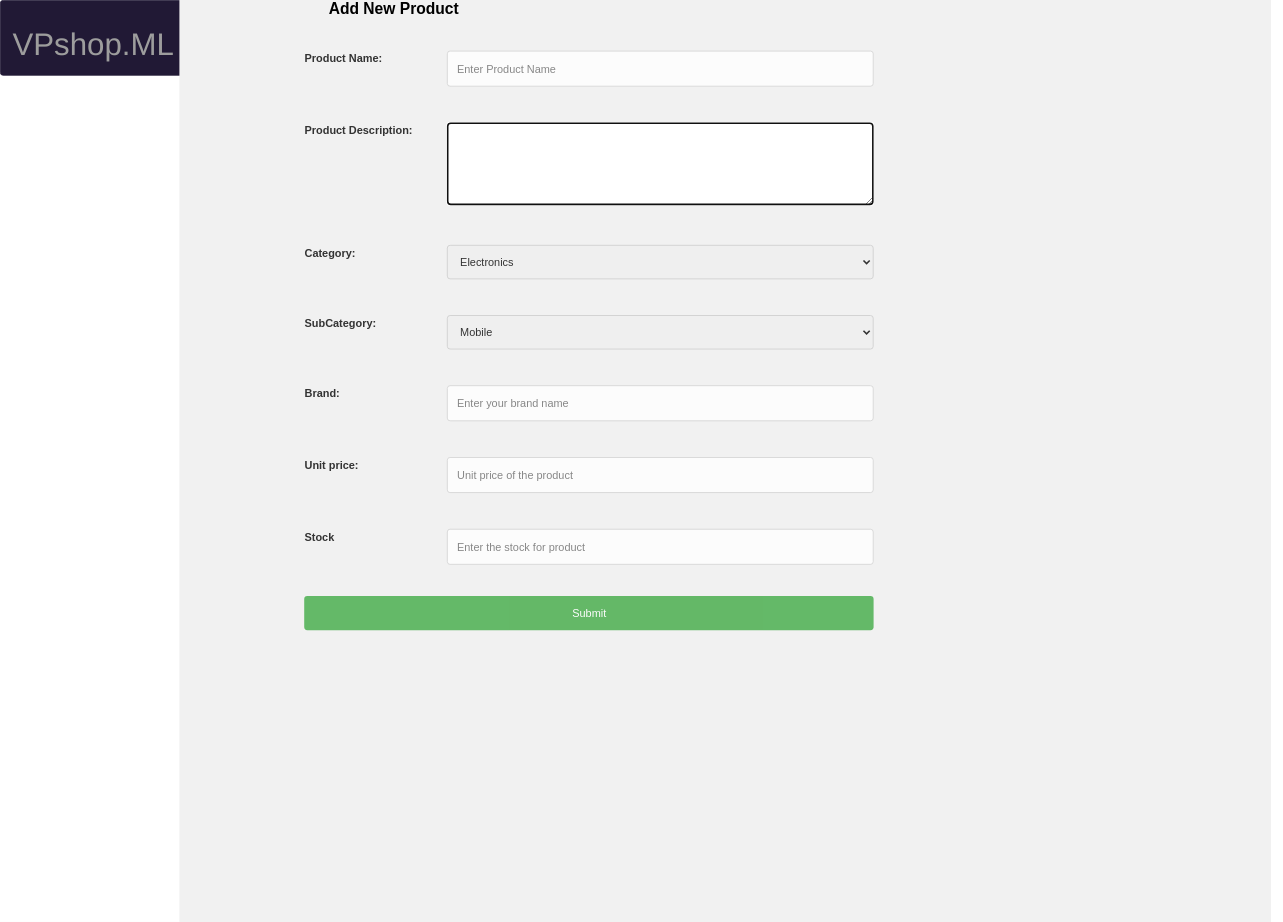
Repository: mihirhpanchal/Java-OnlineShopping
Page: http://localhost/onlineshopping/regproduct.jsp
These files come from the project's save history. The page is drawn as it stood at one moment and after the next save; the edit follows.
The browser window is 1280 px wide. The page is 1630 px wide, then 1645 px, so the pictures cover 1645 px, including what lies to the right of the window. The pictures show the whole page, at 78% of full size.
The page is served by Tomcat 9.

Above is the page before, as saved 2019-11-22 07:57:18.

After the next save:
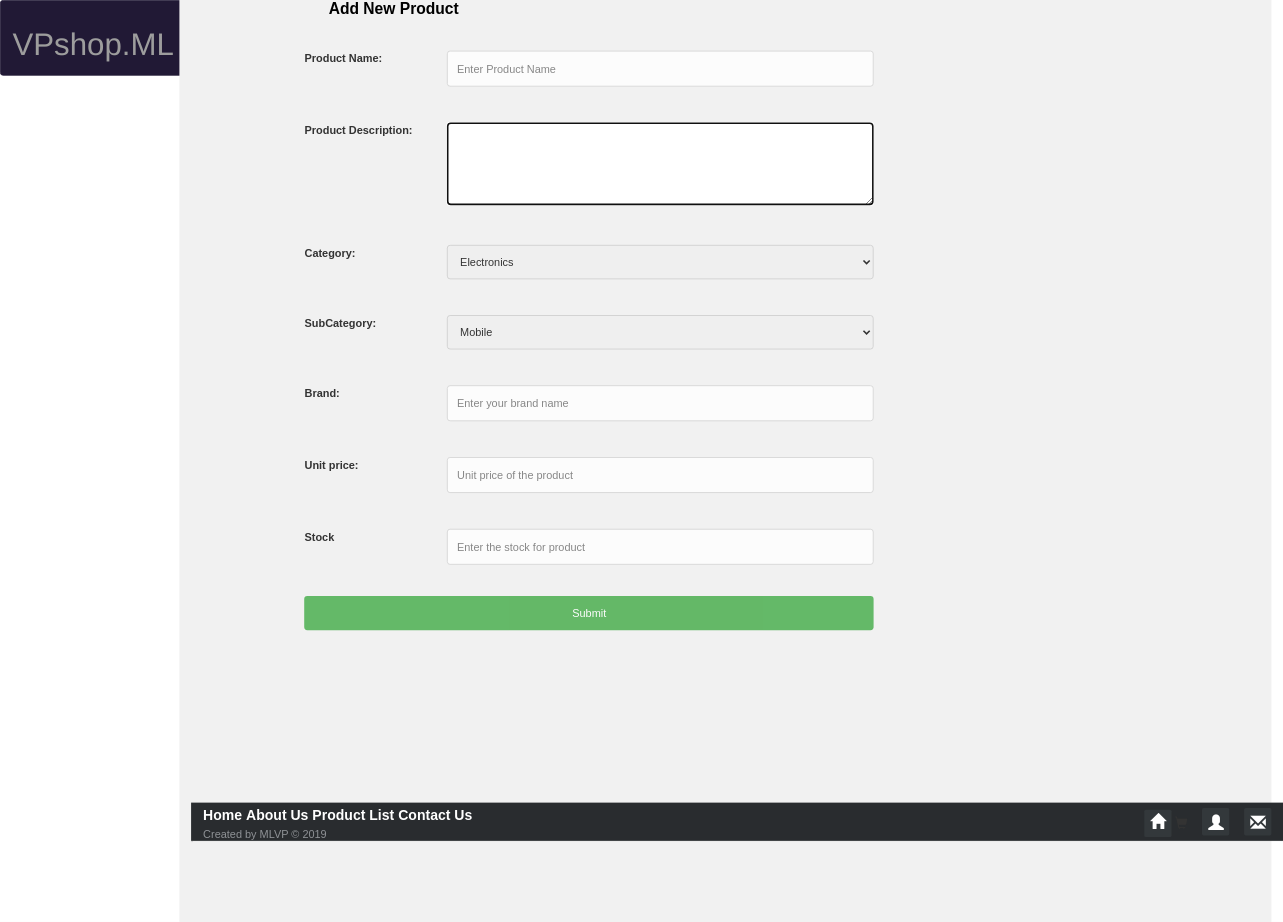
Saved 16 s later.
--- a/onlineshopping/onlineshopping/src/main/webapp/regproduct.jsp
+++ b/onlineshopping/onlineshopping/src/main/webapp/regproduct.jsp
@@ -213,6 +213,6 @@ input[type=number], select, textarea{
 
   </form>
 </div>
-
+ <%@ include file="shared/footer.jsp"%>
 </body>
 </html>
